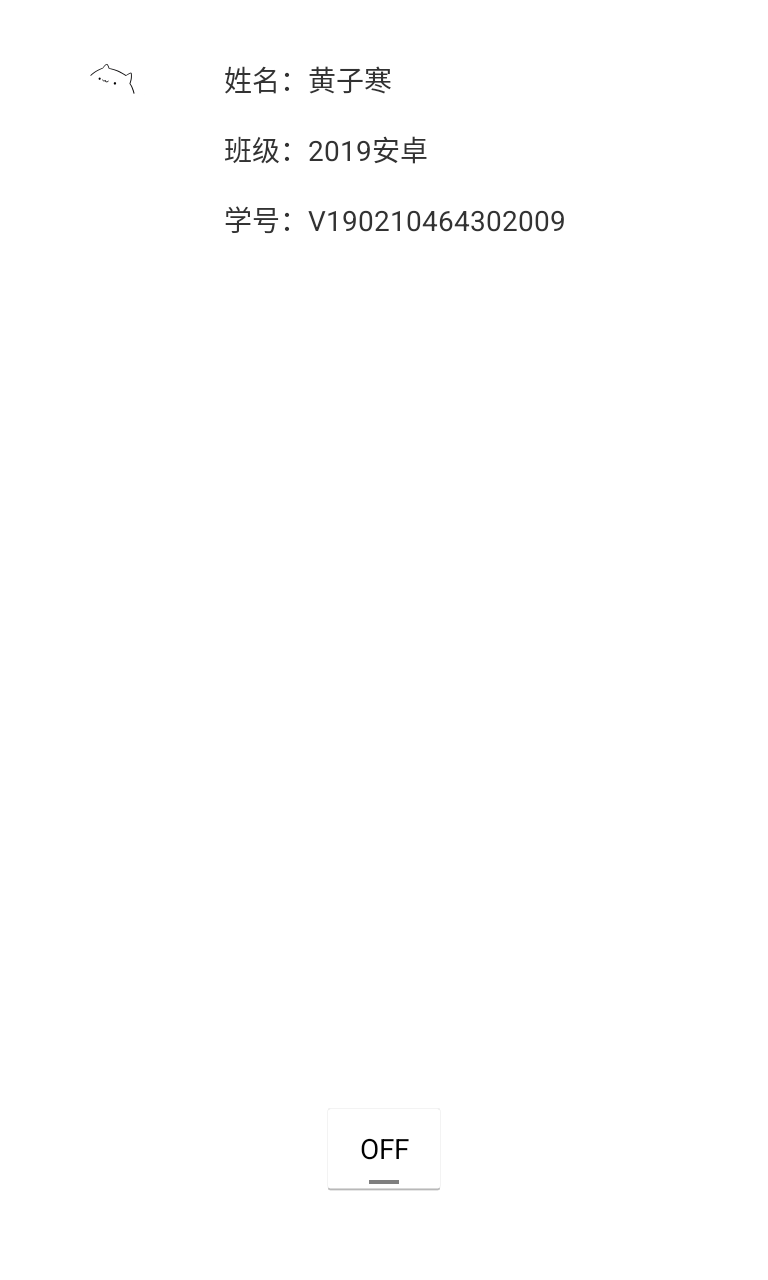
Repository: bakaEC/College
Layout: Android/workplace/resume/res/layout/activity_main.xml
These files come from the project's save history. The layout is drawn as it stood at one moment and after the next save; the edit follows.
It is drawn on a 768 x 1280 px phone screen (xhdpi) without system bars, with theme AppTheme; the app's code is not run.

Above is the layout before, as saved 2020-09-22 14:54:00.

### Android/workplace/resume/res/layout/activity_main.xml
<RelativeLayout xmlns:android="http://schemas.android.com/apk/res/android"
    xmlns:tools="http://schemas.android.com/tools"
    android:layout_width="match_parent"
    android:layout_height="match_parent"
    android:paddingBottom="@dimen/activity_vertical_margin"
    android:paddingLeft="@dimen/activity_horizontal_margin"
    android:paddingRight="@dimen/activity_horizontal_margin"
    android:paddingTop="@dimen/activity_vertical_margin"
    tools:context=".MainActivity" >

    <ImageView
        android:id="@+id/imageView1"
        android:layout_width="wrap_content"
        android:layout_height="wrap_content"
        android:layout_alignParentLeft="true"
        android:layout_marginLeft="14dp"
        android:src="@drawable/ic_launcher" />

    <TextView
        android:id="@+id/textView2"
        android:layout_width="wrap_content"
        android:layout_height="wrap_content"
        android:layout_alignBottom="@+id/textView1"
        android:layout_marginLeft="34dp"
        android:layout_toRightOf="@+id/imageView1"
        android:text="姓名：" />

    <TextView
        android:id="@+id/textView3"
        android:layout_width="wrap_content"
        android:layout_height="wrap_content"
        android:layout_below="@+id/textView1"
        android:layout_toLeftOf="@+id/textView1"
        android:text="班级：" />

    <TextView
        android:id="@+id/textView4"
        android:layout_width="wrap_content"
        android:layout_height="wrap_content"
        android:layout_alignBaseline="@+id/textView3"
        android:layout_alignBottom="@+id/textView3"
        android:layout_alignLeft="@+id/textView1"
        android:text="2019安卓" />

    <TextView
        android:id="@+id/textView5"
        android:layout_width="wrap_content"
        android:layout_height="wrap_content"
        android:layout_alignRight="@+id/textView3"
        android:layout_below="@+id/textView3"
        android:layout_marginTop="14dp"
        android:text="学号：" />

    <TextView
        android:id="@+id/textView6"
        android:layout_width="wrap_content"
        android:layout_height="wrap_content"
        android:layout_alignBaseline="@+id/textView5"
        android:layout_alignBottom="@+id/textView5"
        android:layout_alignLeft="@+id/textView4"
        android:text="V190210464302009" />

    <TextView
        android:id="@+id/textView1"
        android:layout_width="wrap_content"
        android:layout_height="wrap_content"
        android:layout_alignBottom="@+id/imageView1"
        android:layout_marginBottom="14dp"
        android:layout_toRightOf="@+id/textView2"
        android:text="黄子寒" />

    <ToggleButton
        android:id="@+id/toggleButton1"
        android:layout_width="wrap_content"
        android:layout_height="wrap_content"
        android:layout_alignParentBottom="true"
        android:layout_centerHorizontal="true"
        android:layout_marginBottom="26dp"
        android:text="开关" />

</RelativeLayout>

Loaded but not shown: Android/workplace/resume/res/values/styles.xml (common file); Android/workplace/resume/res/values-v11/styles.xml (common file); Android/workplace/resume/res/values-v14/styles.xml (common file); Android/workplace/resume/res/values/dimens.xml (common file)

After the next save:
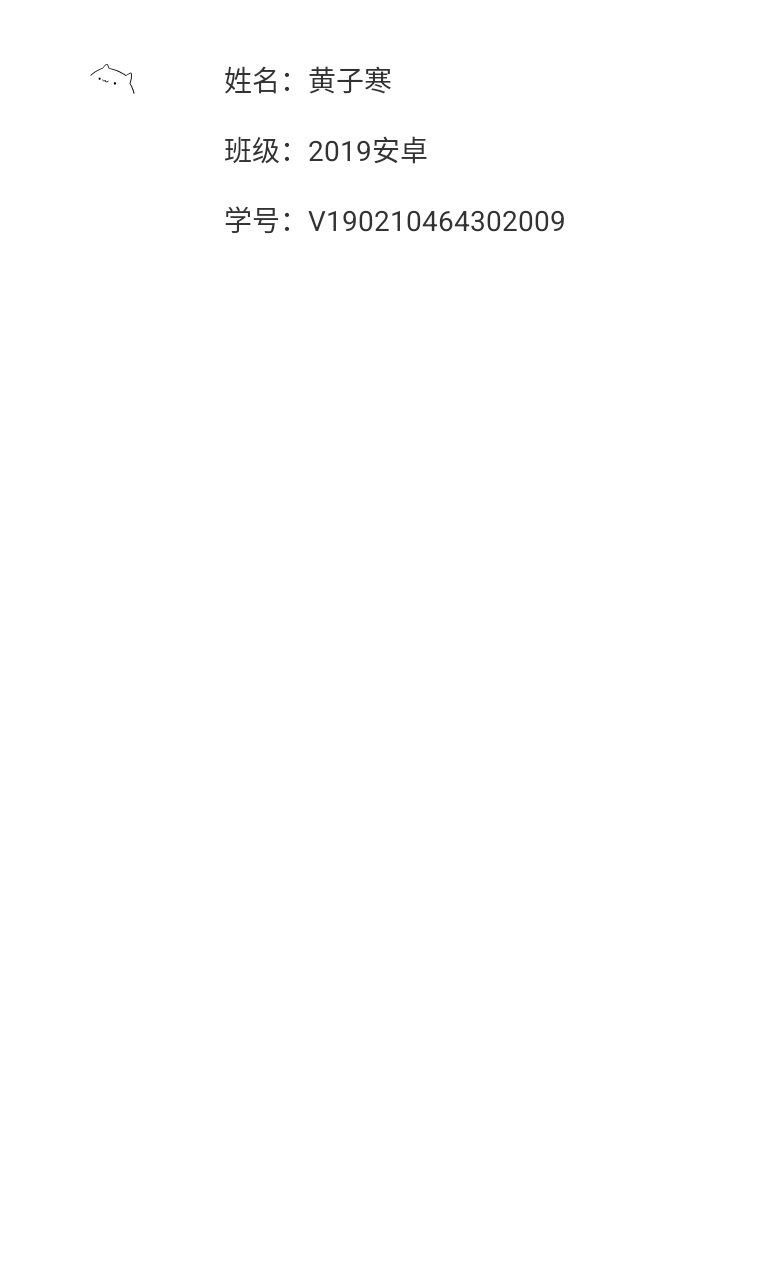
Saved 38 s later.
--- a/Android/workplace/resume/res/layout/activity_main.xml
+++ b/Android/workplace/resume/res/layout/activity_main.xml
@@ -69,13 +69,4 @@
         android:layout_toRightOf="@+id/textView2"
         android:text="黄子寒" />
 
-    <ToggleButton
-        android:id="@+id/toggleButton1"
-        android:layout_width="wrap_content"
-        android:layout_height="wrap_content"
-        android:layout_alignParentBottom="true"
-        android:layout_centerHorizontal="true"
-        android:layout_marginBottom="26dp"
-        android:text="开关" />
-
 </RelativeLayout>
